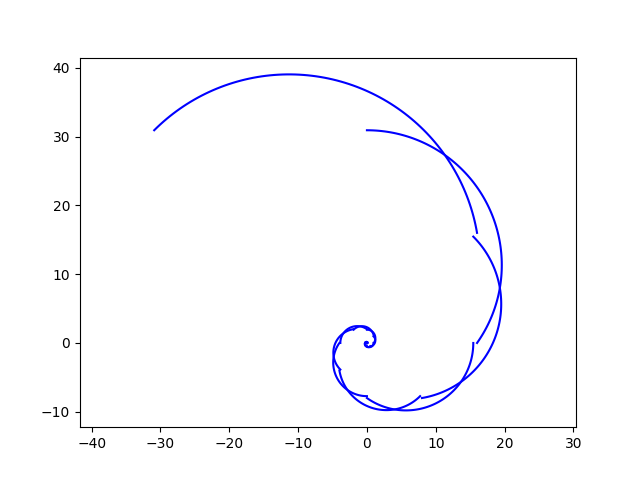
Repository: lbylzkx/Circle-Point-Manuscript
Script's output: python 卍spiral.py
These files come from the project's save history. The script's output is drawn as it stood at one moment and after the next save; the edit follows.
Random numbers start from a fixed seed.

Above is the script's output before, as saved 2023-09-25 11:21:44.

### 卍spiral.py
import numpy as np
import matplotlib.pyplot as plt
from arc import *


# The points of 卍 or lotus

# center:
def loutus_x_center(n):
    return np.sqrt(2)**(n-1)*np.cos(n*np.pi/4-np.pi/4)


def loutus_y_center(n):
    return np.sqrt(2)**(n-1)*np.sin(n*np.pi/4-np.pi/4)


# from:
def x_position(n, thelta=0):
    return np.sqrt(2)**n*np.cos(n*np.pi/4+thelta)


def y_position(n, thelta=0):
    return np.sqrt(2)**n*np.sin(n*np.pi/4+thelta)

# to:


def loutus_x_to(n):
    return np.sqrt(2)**(n+1)*np.cos((n+1)*np.pi/4+np.pi/4)


def loutus_y_to(n):
    return np.sqrt(2)**(n+1)*np.sin((n+1)*np.pi/4+np.pi/4)


for n in range(-10, 10):
    arc((x_position(n-1, 3*np.pi/4), y_position(n-1, 3*np.pi/4)),
        (x_position(n), y_position(n)), (x_position(n+1, np.pi/4), y_position(n+1, np.pi/4)), 'b')
# arc()
plt.axis('equal')
plt.show()

### arc.py
import matplotlib.pyplot as plt
import numpy as np
import sys
sys.path.append('C:/Userslbylzk/Documents/BaiduSyncdisk/Flowers')

""""""
# 从point1到point2的圆弧
""""""


def arc(center, point1, point2, color='b'):
    # 计算端点到圆心的向量
    vector1 = np.array(point1) - np.array(center)
    vector2 = np.array(point2) - np.array(center)

    # 计算向量的模长
    r1 = np.linalg.norm(vector1)
    r2 = np.linalg.norm(vector2)

    # 计算向量之间的夹角
    theta1 = np.arctan2(vector1[1], vector1[0])
    theta2 = np.arctan2(vector2[1], vector2[0])

    # 确保 theta2 > theta1
    if theta2 < theta1:
        theta2 += 2 * np.pi

    # 计算圆弧上的点
    t = np.linspace(theta1, theta2, 100)
    x = center[0] + r1 * np.cos(t)
    y = center[1] + r1 * np.sin(t)

    # X,Y轴等长
    plt.axis('equal')
    # 绘制圆弧
    plt.plot(x, y, color)


# 示例
# arc((1, 1), (2, 1), (1, 0), 'r')
# arc((1, 1), (1, 0), (2, 1))
# plt.axis('equal')
# plt.show()

After the next save:
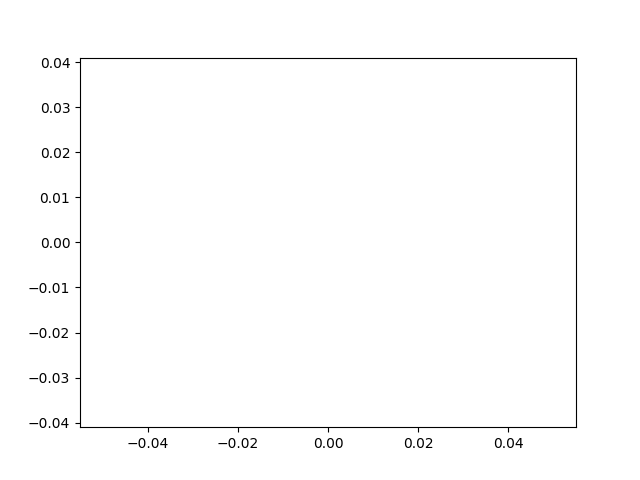
Saved 44 s later.
--- a/卍spiral.py
+++ b/卍spiral.py
@@ -33,9 +33,9 @@ def loutus_y_to(n):
     return np.sqrt(2)**(n+1)*np.sin((n+1)*np.pi/4+np.pi/4)
 
 
-for n in range(-10, 10):
-    arc((x_position(n-1, 3*np.pi/4), y_position(n-1, 3*np.pi/4)),
-        (x_position(n), y_position(n)), (x_position(n+1, np.pi/4), y_position(n+1, np.pi/4)), 'b')
-# arc()
+# for n in range(-10, 10):
+#     arc((x_position(n-1, 3*np.pi/4), y_position(n-1, 3*np.pi/4)),
+#         (x_position(n), y_position(n)), (x_position(n+1, np.pi/4), y_position(n+1, np.pi/4)), 'b')
+# # arc()
 plt.axis('equal')
 plt.show()
